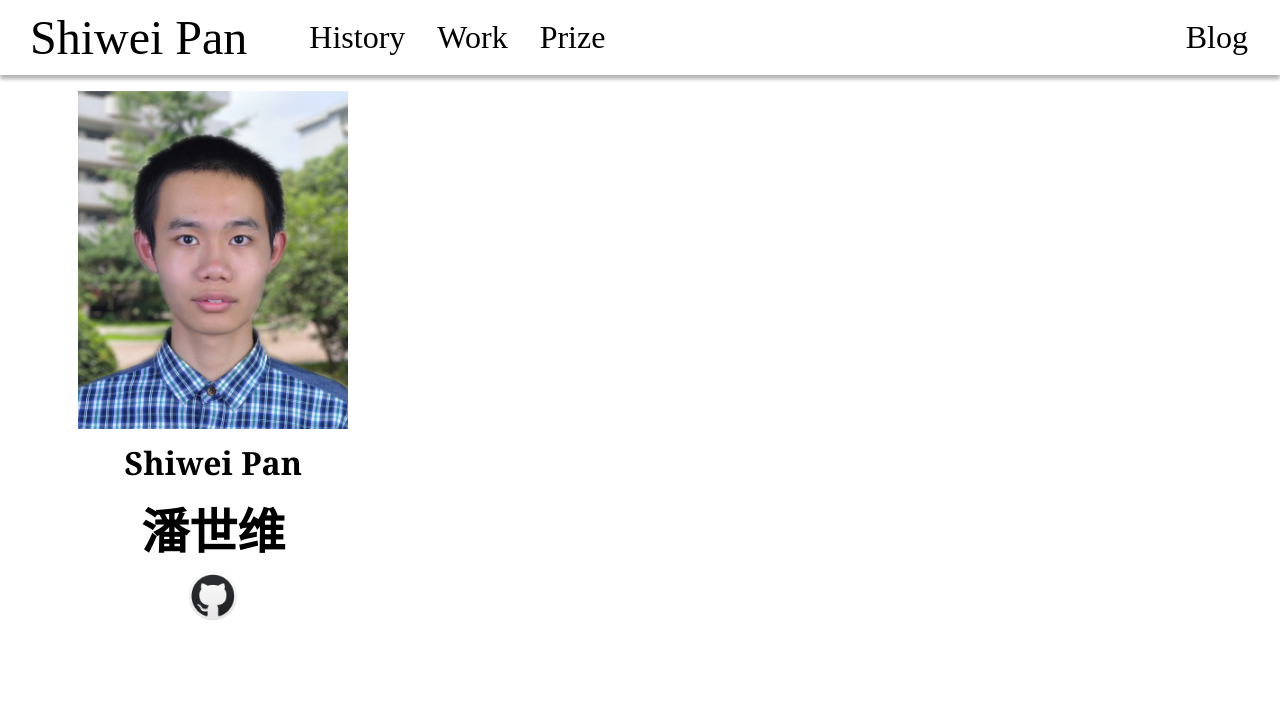
Repository: erikpsw/web
Page: new/psw.html
These files come from the project's save history. The page is drawn as it stood at one moment and after a run of saves; the edit follows.
The browser window is 1280 px wide. The pictures show the whole page.

Above is the page before, as saved 2022-06-16 22:31:23.

### new/psw.html
<!DOCTYPE html>
<html>
<head>
<meta charset="utf-8">
<title>Shiwei Pan</title>
<link rel="stylesheet" type="text/css" href="styles.css">
</head>
<body class="body">
<nav id="start_box">
    <a class="nav" id="title" href="">Shiwei Pan</a>
    <a class="nav" href="" >History</a>
    <a class="nav" href="">Work</a>
    <a class="nav" href="">Prize</a>
    <a class="nav" id="myblog" target="_blank" href="https://erikpsw.github.io/">Blog</a>
</nav>
<section>
    <div id="profile">
        <img src="\pic\mine.png" id="mine">
        <h2 id="intro">Shiwei Pan</h2>
        <h2 id="name">潘世维</h2>
    <div>
        <img src="\pic\github.png" id="github">

    </div>

    </div>
</section>
</body>
</html>

### new/styles.css
#start_box
{
    background-color: whit;
    display:flex;
    box-shadow: 0 0.25rem 0.25rem 0 rgb(0 0 0 / 31%);
}

#title{
    text-decoration: none;
    font-family:"Times New Roman",Georgia,Serif;
    font-style:inherit;
    padding:10px 30px 10px;
    color:black;
    font-size: 3em;
}

.nav{
    text-decoration: none;
    font-family:"Times New Roman",Georgia,Serif;
    padding-left:1em;
    color:black;
    display: inline-flex;
    align-items: center;
    font-size: 2em;
}

.body{
    margin: 0%;
}

#myblog{
    margin-left: auto;
    padding-right: 1em;
}

#mine{
    width: 270px;
    height: 337.5px;
    margin-top: 1em;
}

#profile{
    text-align: center;
    max-width: 33.333%;
}

#intro{
    font-family: Georgia,Serif;
    font-size: 2em;
    margin: 2%;
}

#name{
    font-family: STZhongsong;
    font-size: 3em;
    margin: 2%;
}

#github{
    height: 50px;
}

After the next 2 saves:
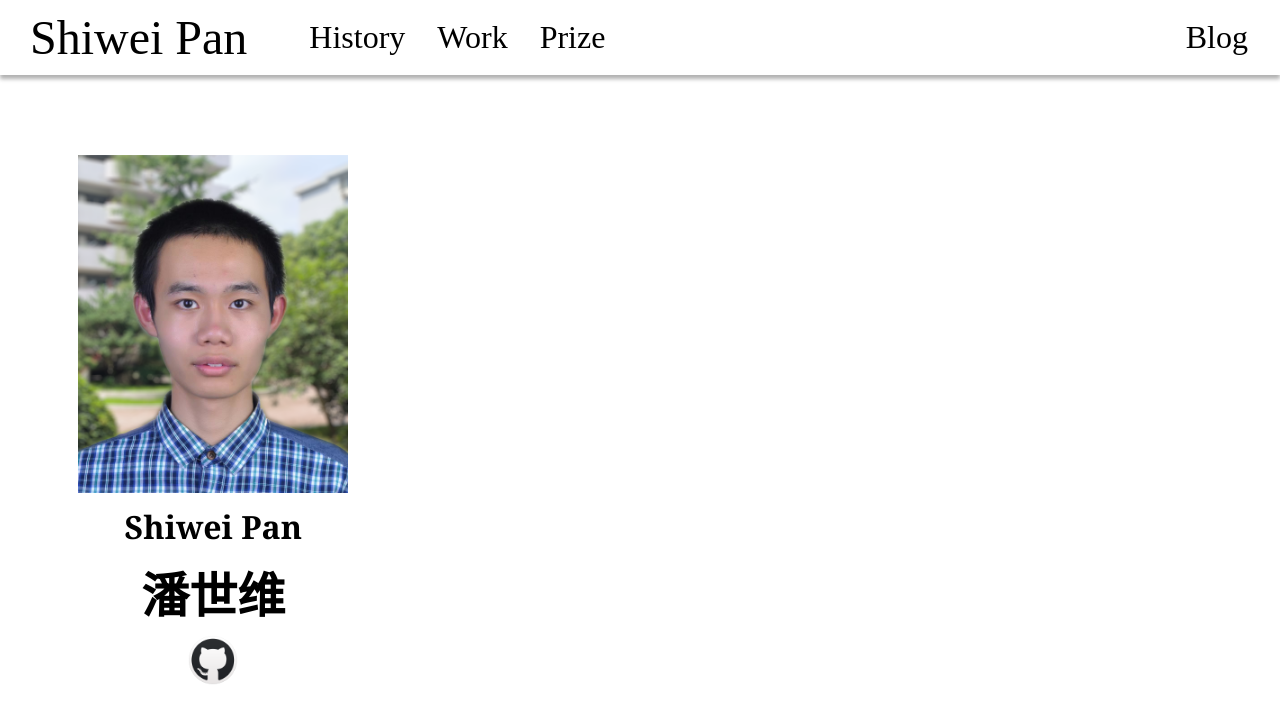
The 2 saves are shown as one change because they came seconds apart.
The last was saved 6 s later.
--- a/new/styles.css
+++ b/new/styles.css
@@ -36,7 +36,7 @@
 #mine{
     width: 270px;
     height: 337.5px;
-    margin-top: 1em;
+    margin-top: 5em;
 }
 
 #profile{
